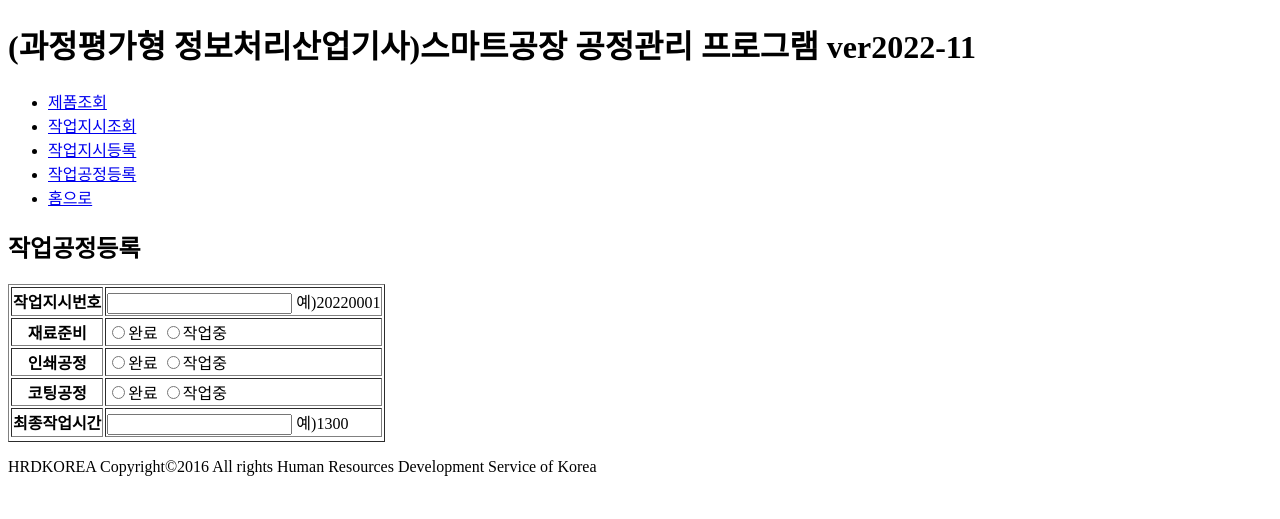
Repository: anakyn01/exam
Page: http://localhost/smart_5/sub3.jsp
An editor plug-in stored every save of this project. The page is shown before and after the next save, followed by the edit.
The browser window is 1280 px wide. The pictures show the whole page.
The page is served by Tomcat 9.

Above is the page before, as saved 2025-01-06 07:12:39.

After the next save:
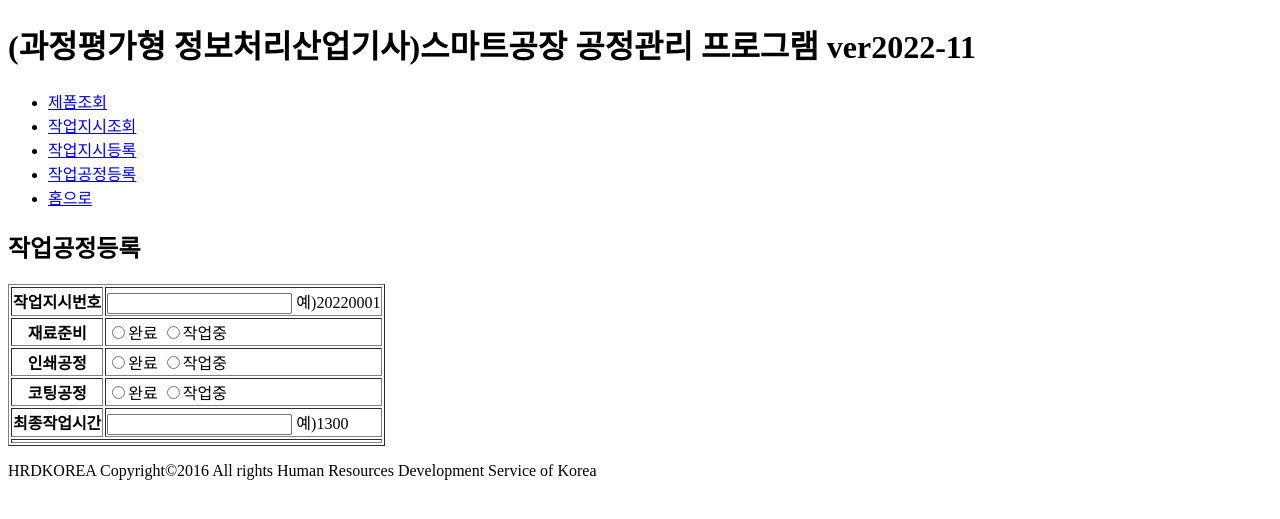
Saved 24 s later.
--- a/smart_5/src/main/webapp/sub3.jsp
+++ b/smart_5/src/main/webapp/sub3.jsp
@@ -41,12 +41,9 @@
 		</td>
 	</tr>
 	<tr>
+<td colspan="2">
+</td>
 	</tr>
-
-
-
-
-
 </table>
 </section>
 
